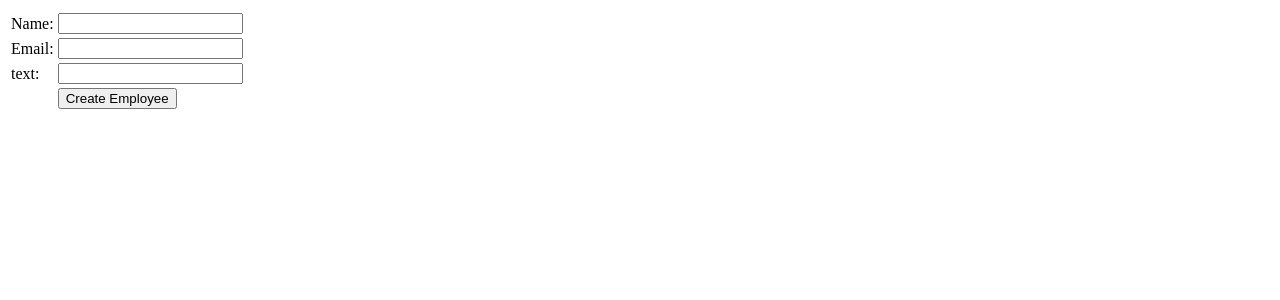
Repository: anitatripuraneni/SpringWeb
Page: http://localhost/SpringWeb/jsp/createemployee.jsp
An editor plug-in stored every save of this project. The page is shown before and after the next save, followed by the edit.
The browser window is 1280 px wide. The pictures show the whole page.
The page is served by Tomcat 9. Nobody is signed in. The application's start-up code is not run.

Above is the page before, as saved 2017-03-22 09:57:27.

After the next save:
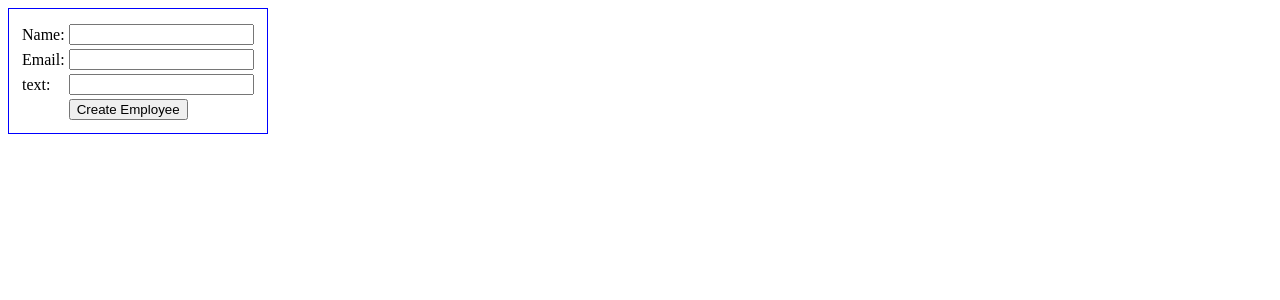
Saved 39 s later.
--- a/SpringWeb/WebContent/jsp/createemployee.jsp
+++ b/SpringWeb/WebContent/jsp/createemployee.jsp
@@ -4,7 +4,10 @@
 <html>
 <head>
 <style type="text/css">
-
+.formtable{
+padding: 10px;
+border: 1px solid blue;
+}
 </style>
 <meta http-equiv="Content-Type" content="text/html; charset=ISO-8859-1">
 <title>Create Employee</title>
